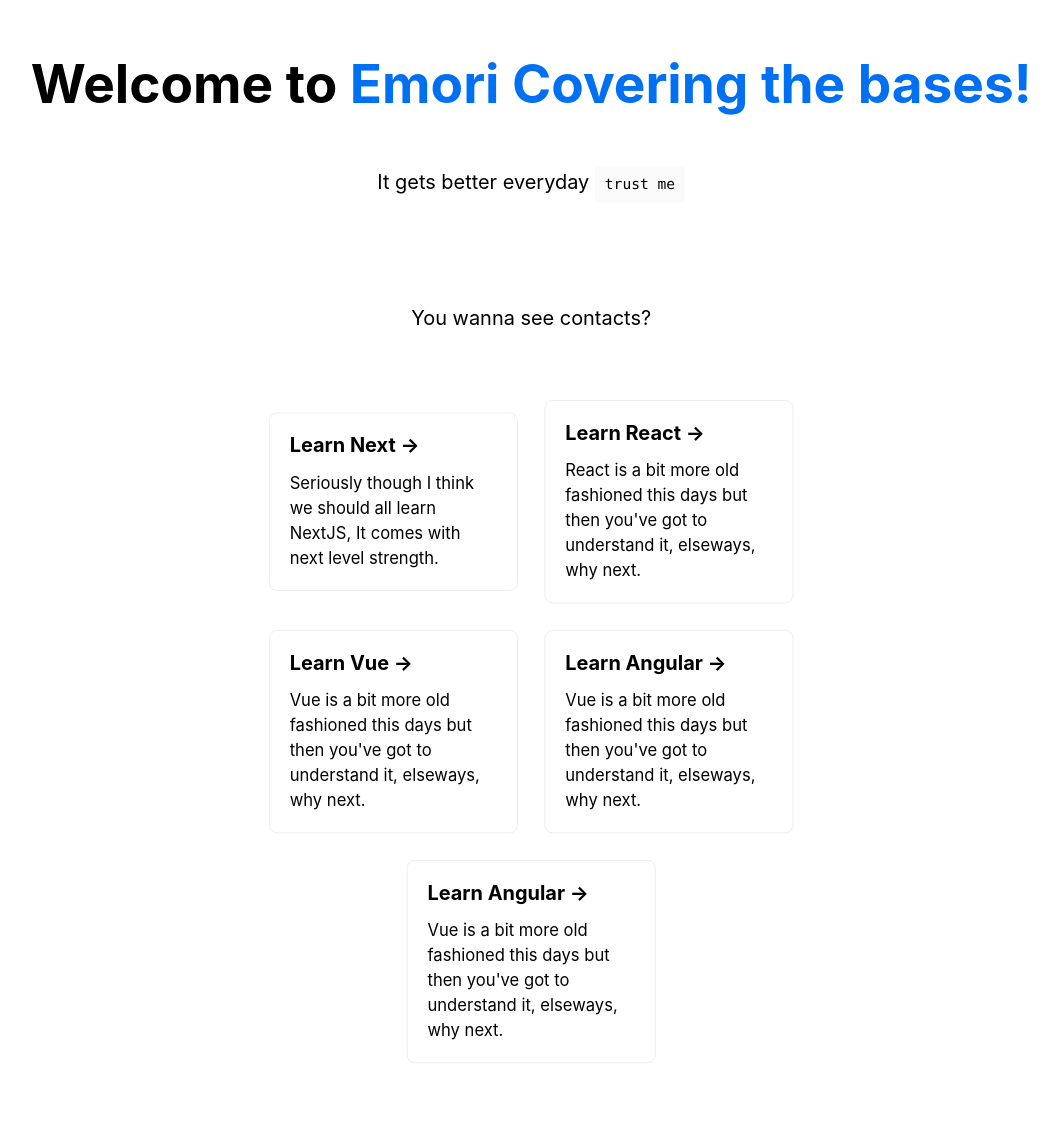
Repository: emorilebo/next-linkedin-training
Page: /
The author's editor kept a copy of each file at every save. The page is drawn from the files as they stood at one save, then again after a run of saves.
The browser window is 1280 px wide. The pictures show the whole page, at 83% of full size.
The project was rebuilt for these pictures with package versions that can differ from the ones it lists, and the page was loaded fresh each time. The framework's server and built-in components were replaced by stand-ins that run in the browser. Also part of the build but not shown: next.config.js.

Above is the page before, as saved 2022-12-26 08:37:32.

### pages/index.js
import Head from "next/head";
import Image from "next/image";
import Link from "next/link";
import styles from "../styles/Home.module.css";

export default function Home() {
  return (
    <div className={styles.container}>
      <Head>
        <title>Emori Learning Next From LinkedIn</title>
        <meta
          name="description"
          content="I know I know, but we need to cover the bases as much as possible. #emoricoin"
        />
        <link rel="icon" href="/favicon.ico" />
      </Head>

      <main className={styles.main}>
        <h1 className={styles.title}>
          Welcome to <a href="https://nextjs.org">Emori Covering the bases!</a>
        </h1>

        <p className={styles.description}>
          It gets better everyday <code className={styles.code}>trust me</code>
        </p>
        <p className={styles.description}>
          You wanna see contacts? <Link href=""></Link>
        </p>

        <div className={styles.grid}>
          <Link href="/learn/next" className={styles.card}>
            <h2>Learn Next &rarr;</h2>
            <p>
              Seriously though I think we should all learn NextJS, It comes with
              next level strength.
            </p>
          </Link>

          <Link href="/learn/react" className={styles.card}>
            <h2>Learn React &rarr;</h2>
            <p>
              React is a bit more old fashioned this days but then you've got to
              understand it, elseways, why next.
            </p>
          </Link>
          <Link href="/learn/vue" className={styles.card}>
            <h2>Learn Vue &rarr;</h2>
            <p>
              Vue is a bit more old fashioned this days but then you've got to
              understand it, elseways, why next.
            </p>
          </Link>
          <Link href="/learn/angular" className={styles.card}>
            <h2>Learn Angular &rarr;</h2>
            <p>
              Vue is a bit more old fashioned this days but then you've got to
              understand it, elseways, why next.
            </p>
          </Link>
          <Link href="/contact/" className={styles.card}>
            <h2>Learn Angular &rarr;</h2>
            <p>
              Vue is a bit more old fashioned this days but then you've got to
              understand it, elseways, why next.
            </p>
          </Link>
        </div>
      </main>
    </div>
  );
}

Loaded but not shown: pages/_app.js (common file); styles/globals.css (common file); styles/Home.module.css (common file)

After the next 2 saves:
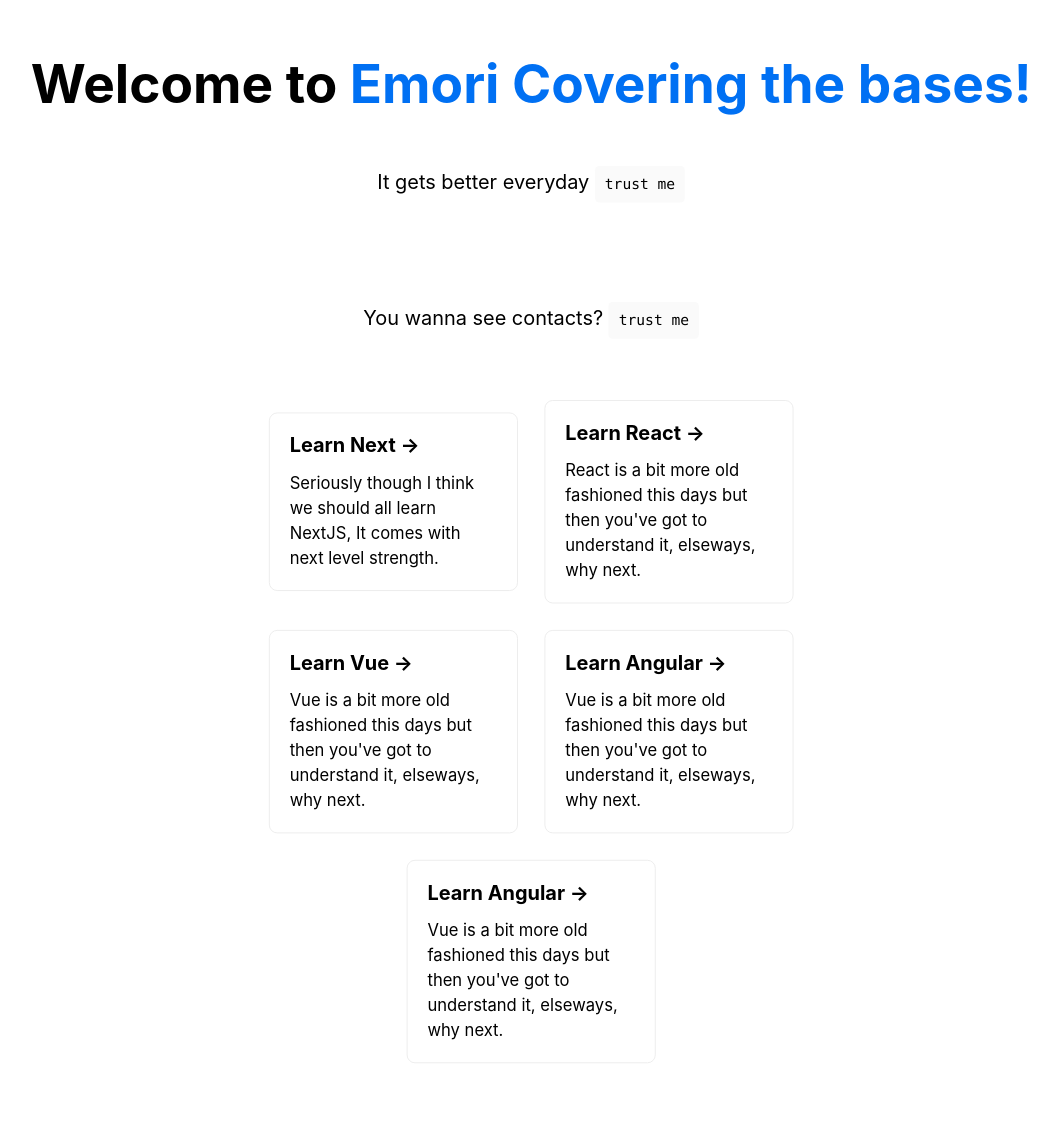
The 2 saves are shown as one change because they came seconds apart.
The last was saved 8 s later.
--- a/pages/index.js
+++ b/pages/index.js
@@ -24,7 +24,7 @@
           It gets better everyday <code className={styles.code}>trust me</code>
         </p>
         <p className={styles.description}>
-          You wanna see contacts? <Link href=""></Link>
+          You wanna see contacts? <Link href="/contacts"><code className={styles.code}>trust me</code></Link>
         </p>
 
         <div className={styles.grid}>
